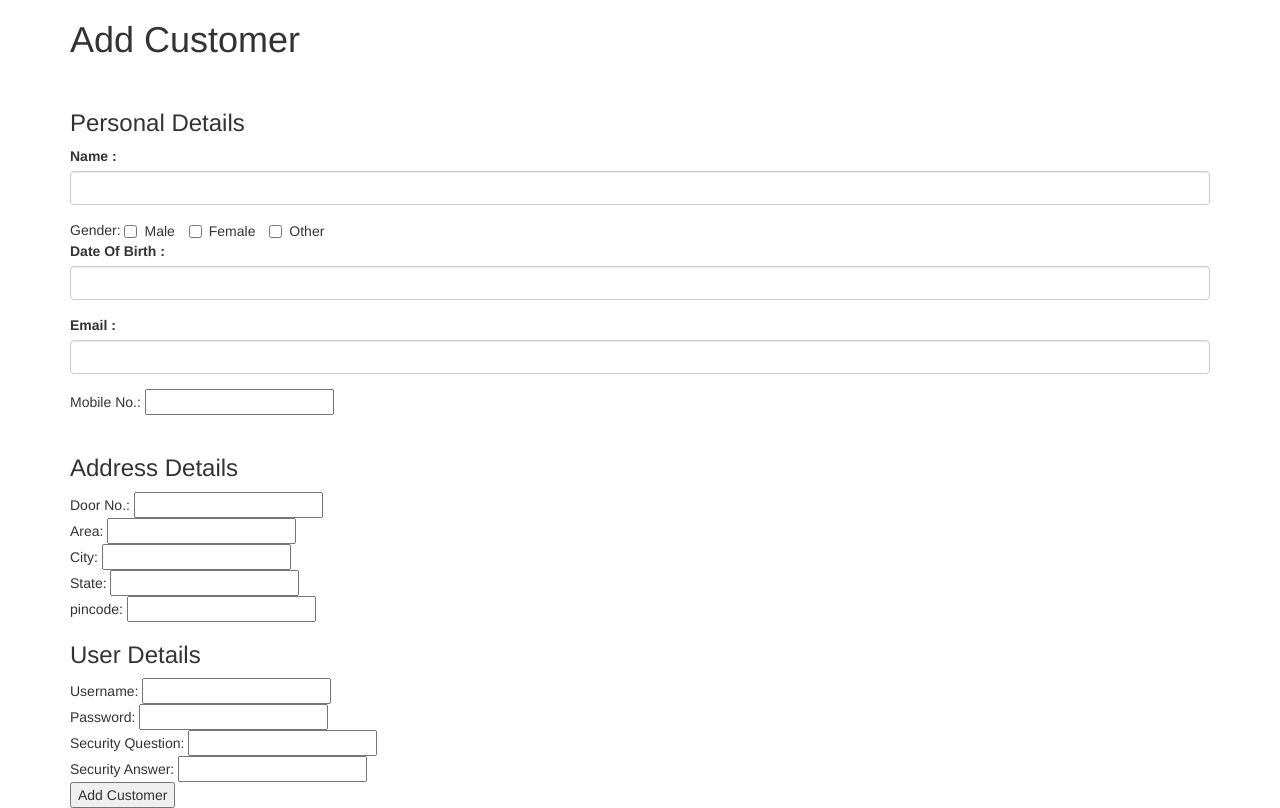
Repository: Shubham-Gawade/SpringHibernateTraining
Page: http://localhost/xorbankonline/WEB-INF/pages/addcustomer.jsp
The author's editor kept a copy of each file at every save. The page is drawn from the files as they stood at one save, then again after the next save.
The browser window is 1280 px wide. The pictures show the whole page.
The page is served by Tomcat 9. Nobody is signed in. The template is opened directly, without the code that normally fills it, so the values that code supplies are empty.

Above is the page before, as saved 2021-10-07 04:27:02.

After the next save:
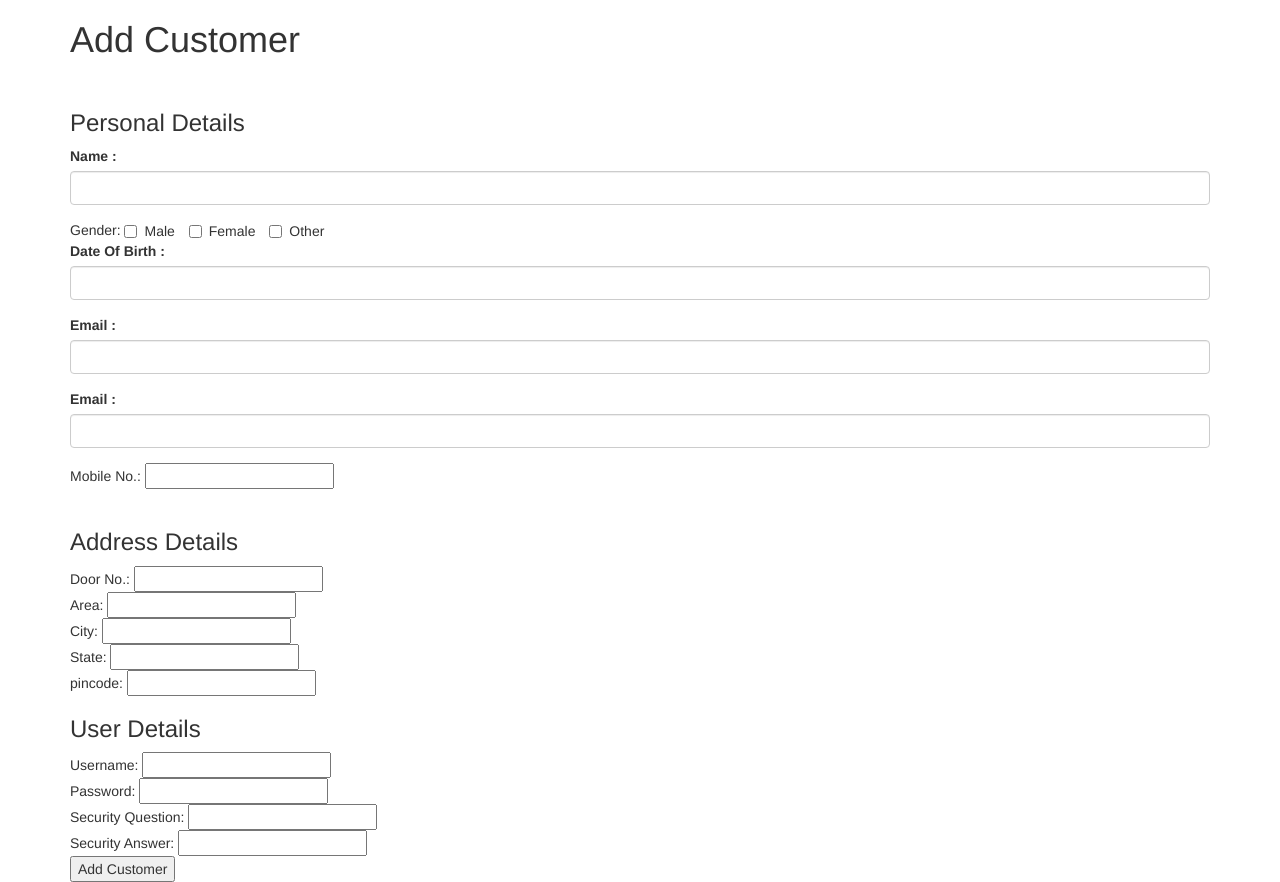
Saved 7 s later.
--- a/xorbankonline/src/main/webapp/WEB-INF/pages/addcustomer.jsp
+++ b/xorbankonline/src/main/webapp/WEB-INF/pages/addcustomer.jsp
@@ -29,6 +29,10 @@
 		    <label for="email">Email :</label>
 		    <form:input type="email" class="form-control" path="email" name="email"/>
 		</div>
+		<div class="form-group">
+		    <label for="email">Email :</label>
+		    <form:input type="email" class="form-control" path="email" name="email"/>
+		</div>
 		Mobile No.: <form:input path="mobileNo" type="number"/><br/>
 
 		<br/>
